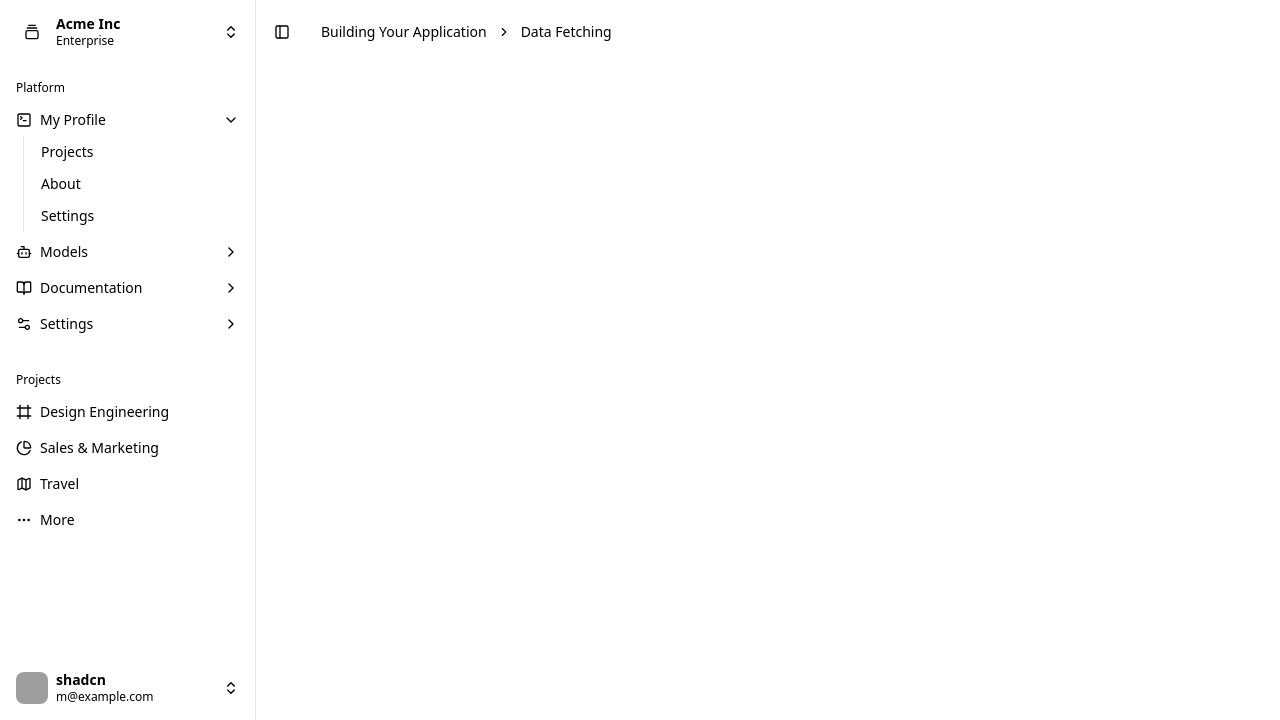
Repository: Kukaas/Kukaass-Portfolio
Page: /
These files come from the project's save history. The page is drawn as it stood at one moment and after the next save; the edit follows.
The browser window is 1280 px wide. The pictures show the whole page.
Pictures or frames that could not be fetched are drawn as grey boxes. The project was rebuilt for these pictures with package versions that can differ from the ones it lists, and the page was loaded fresh each time. Also part of the build but not shown: vite.config.js, src/components/ui/input.jsx, src/components/ui/sheet.jsx, src/components/ui/skeleton.jsx.

Above is the page before, as saved 2024-12-17 13:07:53.

After the next save:
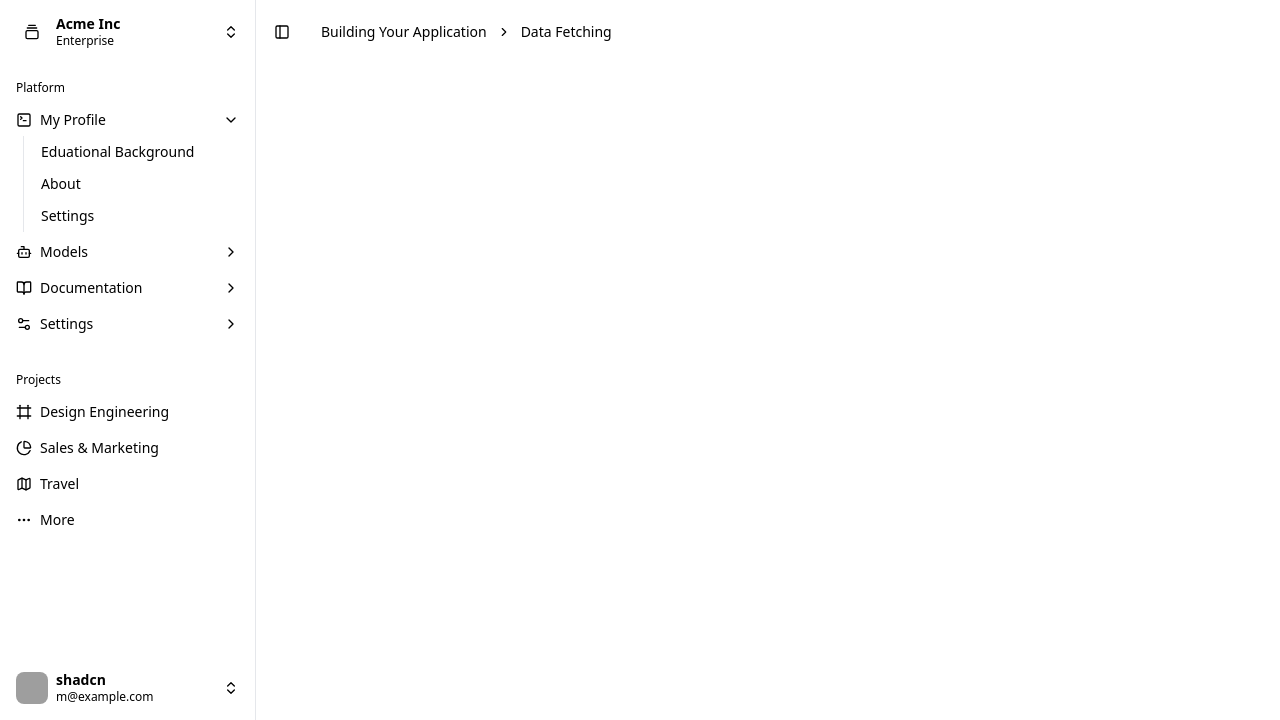
Saved 23 s later.
--- a/src/components/app-sidebar.jsx
+++ b/src/components/app-sidebar.jsx
@@ -55,7 +55,7 @@ const data = {
       isActive: true,
       items: [
         {
-          title: "Projects",
+          title: "Eduational Background",
           url: "#",
         },
         {
